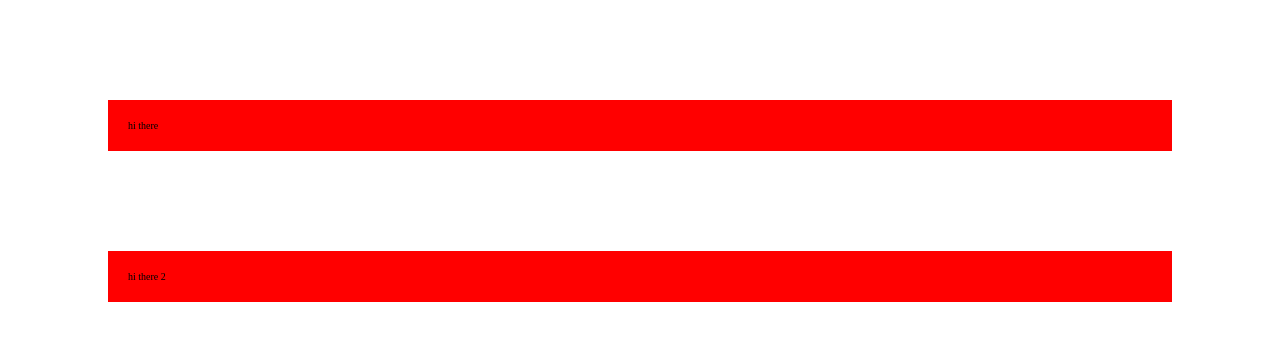
Repository: VISHALGUPTA100803/Harkirat_MERN
Page: Week 4/DOM_introduction/index.html
An editor plug-in stored every save of this project. The page is shown before and after the next save, followed by the edit.
The browser window is 1280 px wide. The pictures show the whole page.

Above is the page before, as saved 2024-03-12 00:41:00.

After the next save:
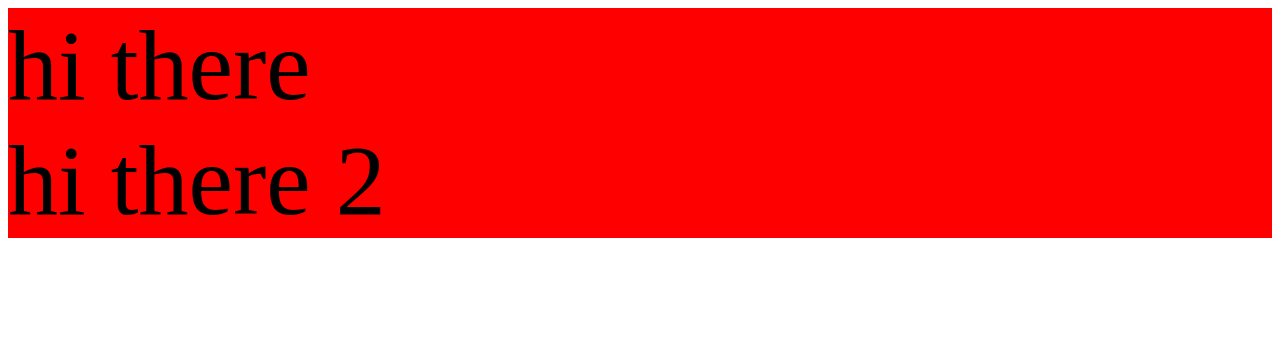
Saved 8 s later.
--- a/Week 4/DOM_introduction/index.html
+++ b/Week 4/DOM_introduction/index.html
@@ -2,9 +2,8 @@
     <style>
         .container {
             background-color: red;
-            font-size: 10;
-            padding: 20;
-            margin: 100;
+            font-size: 100;
+            z
         }
     </style>
     <body>
